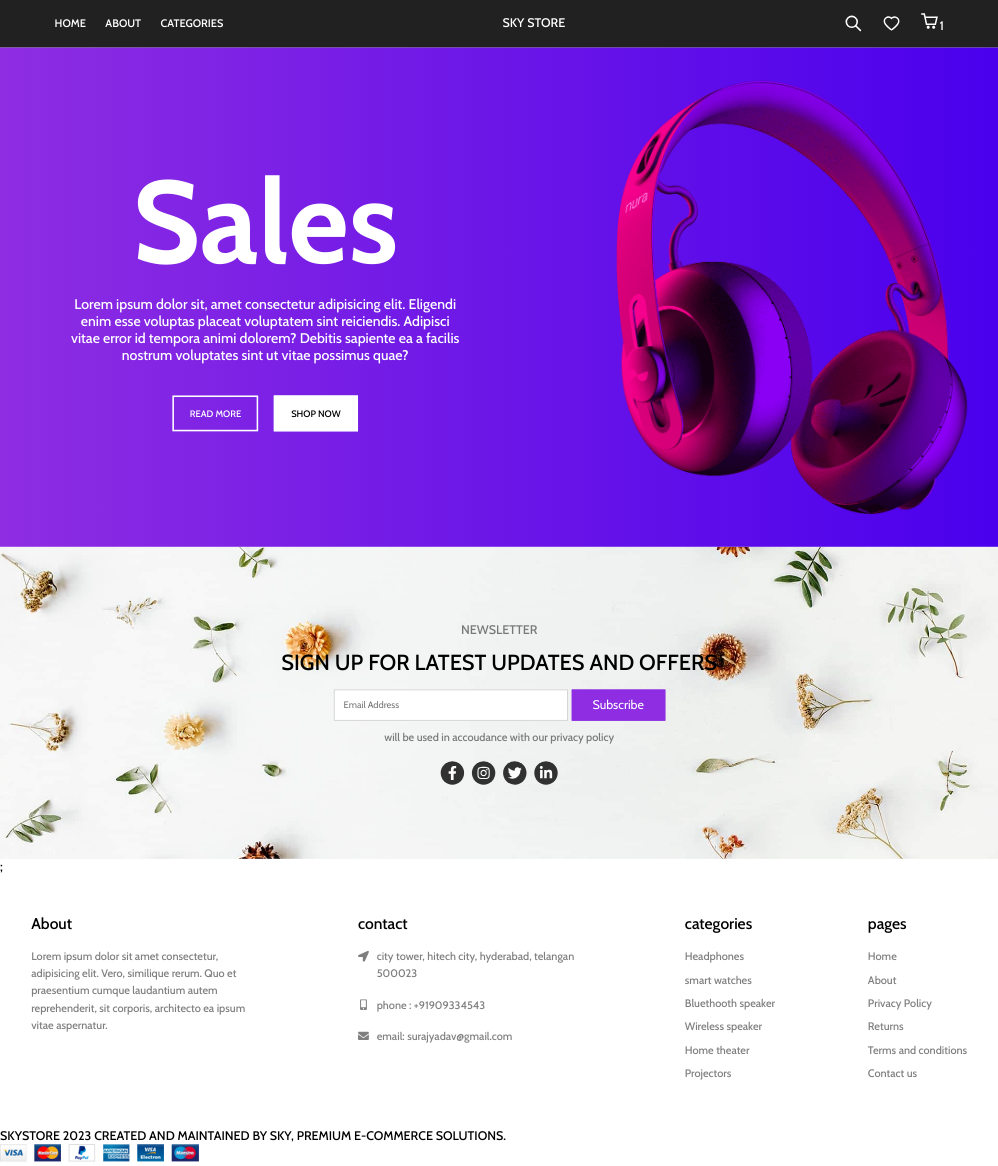
Repository: suraj-yadav7/ecommerce
Page: /
The author's editor kept a copy of each file at every save. The page is drawn from the files as they stood at one save, then again after the next save.
The browser window is 1280 px wide. The pictures show the whole page, at 78% of full size.
The project was rebuilt for these pictures with package versions that can differ from the ones it lists, and the page was loaded fresh each time. Also part of the build but not shown: src/components/Home/Home.scss, src/components/Category/Category.scss, src/components/Category/Category.jsx, src/components/SingleProduct/SingleProduct.scss, src/components/SingleProduct/SingleProduct.jsx, src/App.scss, src/components/Header/Search/Search.scss, src/components/Header/Search/Search.jsx and 2 more.

Above is the page before, as saved 2023-06-19 11:14:25.

### src/index.jsx
import React from 'react';
import ReactDOM from 'react-dom/client';
import './index.scss';
import App from './App';
import { Provider } from 'react-redux';
import store from './store/store';

const root = ReactDOM.createRoot(document.getElementById('root'));
root.render(
<Provider store={store}>
    <App />
</Provider>
);

### src/App.jsx
import React from 'react';
import { BrowserRouter as Router, Routes, Route } from 'react-router-dom';
import Home from "./components/Home/Home"
import Category from "./components/Category/Category"
import SingleProduct from "./components/SingleProduct/SingleProduct"
import './App.scss';
import Header from './components/Header/Header';
import Footer from './components/Footer/Footer';
import Newsletter from './components/Footer/Newsletter/Newsletter';

function App() {
  return (
   <>
   <Router>
    <Header/>
    <Routes>
        <Route exact path="/" element={<Home/>} />
        <Route exact path="/category/:id" element={<Category/>} />
        <Route exact path="/product/:id" element={<SingleProduct/>} />
    </Routes>
    <Newsletter/>
    <Footer />
   </Router>
   </>
  );
}

export default App;

### src/store/store.jsx
import { configureStore } from "@reduxjs/toolkit";
import productSlice from "./slices/productSlice";


const store = configureStore({
    reducer:{
        product:productSlice
    }
})

export default store;

### src/components/Home/Home.jsx
import { useDispatch, useSelector } from "react-redux";
import "./Home.scss";
import { addElement } from "../../store/slices/productSlice";
import Banner from "./Banner/Banner";


const Home = () => {
    const dispatch = useDispatch()
    const data = useSelector((state)=> state.product.data)
    return(
     <>
        <div className="home">
            <Banner />
        </div>
     </>

    )
};

export default Home;

### src/components/Header/Header.jsx
import "./Header.scss";
import Search from "./Search/Search"
import Cart from "../Cart/Cart"
import { TbSearch } from "react-icons/tb"
import { CgShoppingCart } from "react-icons/cg"
import { AiOutlineHeart } from "react-icons/ai"
import "./Header.scss"
import { useEffect, useState } from "react";

const Header = () => {
    const [scrollVal, setScrollVal] = useState(false)
    const handleScroll = ()=>{
        const offset = window.scrollY;
        console.log(offset)
        if(offset > 200){
            setScrollVal(true)
        }
        else{
            setScrollVal(false)
        }
    }
    useEffect(()=>{
        window.addEventListener("scroll", handleScroll)
    },[])

    return (
        <>
            <header className={`main-header ${scrollVal? "sticky-header":""}`}>
                <div className="header-content">
                    <ul className="left" >
                        <li>Home</li>
                        <li>About</li>
                        <li>Categories</li>
                    </ul>
                    <div className="center"> SKY STORE</div>
                    <div className="right">
                        <TbSearch />
                        <AiOutlineHeart />
                        <span className="cart-icon">
                            <CgShoppingCart />1
                        </span>
                    </div>
                </div >
            </header >
        </>
    )
};

export default Header;

### src/components/Footer/Footer.jsx
import React from "react";
import "./Footer.scss";
import { FaLocationArrow, FaMobileAlt, FaEnvelope } from "react-icons/fa";
import Payment from "../../assets/payments.png";
const Footer = () => {
    return (
        <footer className="footer">
            <div className="footer-content">
                <div className="col">
                    <div className="title" > About</div>
                    <div className="text">Lorem ipsum dolor sit amet consectetur, adipisicing elit. Vero, similique rerum. Quo et praesentium cumque laudantium autem reprehenderit, sit corporis, architecto ea ipsum vitae aspernatur. </div>
                </div>
                <div className="col">
                    <div className="title" > contact</div>
                    <div className="c-item">
                        <FaLocationArrow />
                        <div className="text">city tower, hitech city, hyderabad, telangan 500023</div>
                    </div>
                    <div className="c-item">
                        <FaMobileAlt />
                        <div className="text">phone : +91909334543</div>
                    </div>
                    <div className="c-item">
                        <FaEnvelope />
                        <div className="text">email: surajyadav@gmail.com</div>
                    </div>

                </div>
                <div className="col">
                    <div className="title" > categories</div>
                    <div className="text">Headphones</div>
                    <div className="text">smart watches</div>
                    <div className="text">Bluethooth speaker</div>
                    <div className="text">Wireless speaker</div>
                    <div className="text">Home theater</div>
                    <div className="text">Projectors</div>
                </div>
                <div className="col">
                    <div className="title" > pages</div>
                    <div className="text">Home</div>
                    <div className="text">About</div>
                    <div className="text">Privacy Policy</div>
                    <div className="text">Returns</div>
                    <div className="text">Terms and conditions</div>
                    <div className="text">Contact us</div>
                </div>
            </div>
            <div className="bottom-bar">
                <div className="bottom-bar-content">
                    <div className="text">
                        SKYSTORE 2023 CREATED AND MAINTAINED BY SKY, PREMIUM E-COMMERCE SOLUTIONS.
                    </div>
                    <img src={Payment} alt="payment-options"/>
                </div>
            </div>
        </footer>
    )
};
export default Footer;

### src/components/Footer/Newsletter/Newsletter.jsx
import React from "react";
import {
    FaFacebookF,
    FaTwitter,
    FaInstagram,
    FaLinkedinIn,
} from "react-icons/fa";
import "./Newsletter.scss"

const Newsletter = () => {
    return (
    <>
        <div className="newsletter-section">
            <div className="newsletter-content">
                <span className="small-text" >Newsletter</span>
                <span className="big-text"> Sign up for latest updates and offers</span>
                <div className="form">
                    <input type="text" placeholder="Email Address" />
                    <button className="btn-sub">Subscribe</button>
                </div>
                <div className="text">will be used in accoudance with our privacy policy </div>
                <div className="social-icons">
                    <div className="icon">
                        <FaFacebookF size={18} />
                    </div>
                    <div className="icon">
                        <FaInstagram size={18} />
                    </div>
                    <div className="icon">
                        <FaTwitter size={18} />
                    </div>
                    <div className="icon">
                        <FaLinkedinIn size={18} />
                    </div>

                </div>
            </div>
        </div>;
    </>
    )
};
export default Newsletter;

### src/store/slices/productSlice.jsx
import { createSlice } from "@reduxjs/toolkit";

const productSlice = createSlice({
    name:"productSlice",
    initialState:{
        data:["lg", "sansung", "onida"],
        loading:false,
        error:null
    },

    reducers:{
        addElement:(state, action)=>{
            state.data.push(action.payload)
        },

    },

    extraReducers:{

    }


})

export default productSlice.reducer

export const {addElement}= productSlice.actions;

### src/components/Home/Banner/Banner.jsx
import "./Banner.scss";
import BannerImg from '../../../assets/banner-img.png'
const Banner = () => {
    return(
        <>
        <div className="hero-banner">
            <div className="content">
                <div className="text-content">
                    <h1>Sales</h1>
                    <p>Lorem ipsum dolor sit, amet consectetur adipisicing elit. Eligendi enim esse voluptas placeat voluptatem sint reiciendis. Adipisci vitae error id tempora animi dolorem? Debitis sapiente ea a facilis nostrum voluptates sint ut vitae possimus quae?</p>
                    <div className="ctas">
                        <div className="banner-cta">Read More</div>
                        <div className="banner-cta v2">Shop now</div>
                    </div>
                </div>
                <img src={BannerImg}className="banner-img" alt="banner-img"></img>
            </div>

        </div>

        </>
)
};

export default Banner;

### src/components/Header/Header.scss
@import "../../css-config/mixins.scss";

.main-header {
    width: 100%;
    padding: 0 20px;
    background-color: #212121;
    color: white;
    border-bottom: 1px solid rgba(0, 0, 0, 0.1);
    z-index: 99;
    @include md {
        padding: 0 40px;
    }

    .header-content {
        display: flex;
        justify-content: space-between;
        align-items: center;
        height: 50px;
        max-width: 95%;
        margin: 0 auto;

        @include md {
            height: 60px;
        }

        .left {
            list-style-type: none;
            display: none;
            gap: 25px;

            @include md {
                display: flex;
            }

            li {
                font-size: 14px;
                font-weight: 600;
                text-transform: uppercase;
                cursor: pointer;
            }
        }

        •center {
            font-size: 22px;
            font-weight: 700;
            cursor: pointer;

            @include md {
                font-size: 33px;
                position: absolute;
                left: 50%;
                transform: translateX(-50%);
            }
        }

        .right {
            display: flex;
            align-items: center;
            gap: 20px;

            @include md {
                gap: 25px;
            }

            svg {
                font-size: 20px;
                cursor: pointer;

                @include md {
                    font-size: 24px;
                }
            }

            .cart-icon {
                position: relative;

                span {
                    min-width: 20px;
                    text-align: center;
                    background-color: #8e2de2;
                    padding: 2.5px;
                    position: absolute;
                    top: -5px;
                    right: -12px;
                    font-size: 12px;
                    line-height: 1;
                    border-radius: 10px;

                }
            }
        }

    }

    &.sticky-header{
        position: sticky;
        top:0;
        transform: translateY(-60);
        animation: stickyHeader 0.3s ease forwards;
    }
}

@keyframes stickyHeader{
    0%{
        transform: translateY(-60px);
    }
    100%{
        transform: translateY(0);
    }
}

### src/components/Footer/Footer.scss
@import "../../css-config/mixins.scss";

.footer {
    width: 100%;
    .footer-content {
        padding: 50px 20px;
        max-width: 1200px;
        margin: 0 auto;
        display: flex;
        flex-flow: wrap;
        gap: 20px;
        @include md {
            justify-content: space-between;
            padding: 50px 0;
        }
        .col {
            max-width: 300px;
            .title {
                margin-bottom: 20px;
                font-size: 20px;
            }
            .text{
                color: rgb(0,0,0,0.5);
                font-size: 14px;
                margin-bottom: 8px;
            }
            .c-item{
                display: flex;
                margin-bottom: 10px;
                svg{
                    flex-shrink: 0;
                    font-size: 14px;
                    margin-right: 10px;
                    margin-top: 4px;
                    color: rgb(0,0,0,0.5);

                }
            }
        }
    }
}

### src/components/Footer/Newsletter/Newsletter.scss
@import "../../../css-config/mixins.scss";

.newsletter-section {
    width: 100%;
    height: 400px;
    display: flex;
    align-items: center;
    background: #f9f9f9 url("../../../assets/newsletter-bg.jpeg");
    background-position: center;
    background-repeat: no-repeat;
    background-size: cover;

    .newsletter-content {
        width: fit-content;
        display: flex;
        flex-direction: column;
        align-items: center;
        margin: 0 auto;
        text-align: center;

        .small-text {
            margin-bottom: 15px;
            text-transform: uppercase;
            color: rgba(0, 0, 0, 0.5);
        }

        .big-text {
            margin-bottom: 20px;
            font-size: 22px;
            line-height: 30px;
            font-weight: 500;
            text-transform: uppercase;
            padding: 0 30px;

            @include md {
                font-size: 28px;
            }
        }

        .form {
            display: flex;
            gap: 05px;
            margin-bottom: 10px;

            .btn-sub {
                outline: 0;
                border: 0;
                height: 40px;
                width: 100px;
                display: flex;
                align-items: center;
                justify-content: center;
                cursor: pointer;
                font-size: 16px;
                color: white;
                background-color: #8e2de2;
                border: 3px solid #8e2de2;

                @include md {
                    width: 120px;
                }
            }

            input {
                width: 200px;
                height: 40px;
                border-radius: 0;
                border: 1px solid rgba(0, 0, 0, 0.2);
                padding: 0 12px;
                font-size: 12px;
                outline: none;

                @include md {
                    width: 300px;
                }

            }


        }

        .text {
            margin-bottom: 20px;
            font-size: 14px;
            color: rgb(0, 0, 0, 0.5);
        }

        .social-icons {
            display: flex;
            gap: 10px;
            .icon {
                width: 30px;
                height: 30px;
                background-color: rgba(0, 0, 0, 0.8);
                border-radius: 50%;
                color: white;
                display: flex;
                justify-content: center;
                align-items: center;
            }
        }

        }
    }

### src/components/Home/Banner/Banner.scss
@import "../../../css-config/mixins.scss";

.hero-banner {
    padding: 40px 0;
    position: relative;
    background-image: linear-gradient(to right, #8e2de2, #4a00ed);
    @include md {
    height: calc(100vh - 80px) ;
    }
    .content{
    height: 100%;
    display: flex;
    justify-content: flex-end;
    align-items: center;
    flex-direction: column-reverse;
    max-width: calc(100% - 20px);
    margin: 0 auto;
    position: relative;
    @include md {
    flex-direction: row;
    max-width: 1200px;
    }
    .banner-img {
        position: relative;
        z-index: 9;
        width: 200px;
        margin-bottom: 20px;
        @include md{
            width: 450px;
            margin-right: 0px;
            margin-top: 0px;
            margin-bottom: 0;
        }
        @include xxl {
        width: 600px;
        margin-right: 0;
        margin-top: 0;
    }
    }
    .text-content {
        color: white;
        text-align: center;
        display: flex;
        flex-direction: column;
        align-items: center;
        @include md {
        position: absolute;
        left: 50px;
        top: 50%;
        transform: translateY(-50%) ;
        }
        @include xxl {
        left: 0;
        }
        h1{
            font-size: 80px;
            font-weight: 700;
            line-height: 1;
            margin-bottom: 20px;
            @include md{
                font-size: 150px;
            }
        }

        p{
            max-width: 300px;
            font-size: 14px;
            list-style: 20px;
            margin-bottom: 20px;
            @include md{
                max-width: 500px;
                font-size: 18px;
                line-height: 22px;
                margin-bottom: 40px;
            }
        }
        .ctas{
            display: flex;
            justify-content: center;
            gap: 20px;
            .banner-cta{
                text-transform: uppercase;
                font-size: 12px;
                font-weight: 500;
                width: fit-content;
                border: 2px solid white;
                padding: 10px 20px;
                cursor: pointer;
                &.v2{
                    background-color: white;
                    color: black;

                }
                &:hover{
                    opacity: 0.6;
                }
            }
        }
     }
    }
 }

Loaded but not shown: public/index.html (common file); src/index.scss (common file); src/css-config/mixins.scss (common file)

After the next save:
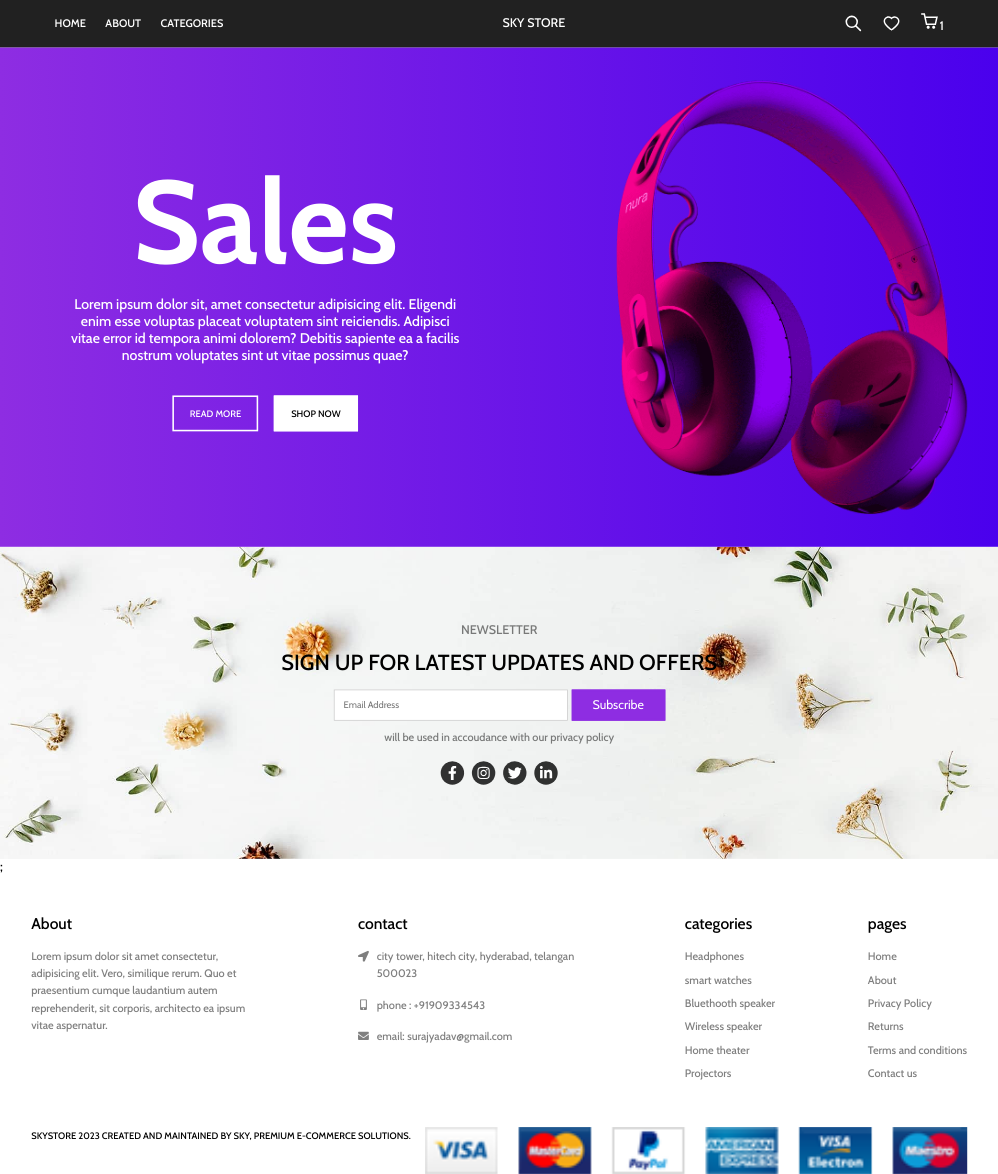
Saved 4 min 56 s later.
--- a/src/components/Footer/Footer.scss
+++ b/src/components/Footer/Footer.scss
@@ -2,6 +2,7 @@
 
 .footer {
     width: 100%;
+
     .footer-content {
         padding: 50px 20px;
         max-width: 1200px;
@@ -9,33 +10,64 @@
         display: flex;
         flex-flow: wrap;
         gap: 20px;
+
         @include md {
             justify-content: space-between;
             padding: 50px 0;
         }
+
         .col {
             max-width: 300px;
+
             .title {
                 margin-bottom: 20px;
                 font-size: 20px;
             }
-            .text{
-                color: rgb(0,0,0,0.5);
+
+            .text {
+                color: rgb(0, 0, 0, 0.5);
                 font-size: 14px;
                 margin-bottom: 8px;
             }
-            .c-item{
+
+            .c-item {
                 display: flex;
                 margin-bottom: 10px;
-                svg{
+
+                svg {
                     flex-shrink: 0;
                     font-size: 14px;
                     margin-right: 10px;
                     margin-top: 4px;
-                    color: rgb(0,0,0,0.5);
+                    color: rgb(0, 0, 0, 0.5);
 
                 }
             }
         }
     }
+
+    .bottom-bar {
+        border-top: 1px solid Orgba(0, 0, 0, 0.1);
+        .bottom-bar-content {
+            padding: 20px;
+            display: flex;
+            align-content: center;
+            flex-direction: column;
+            text-align: center;
+            gap: 10px;
+            @include md {
+                padding: 0;
+                height: 60px;
+                max-width: 1200px;
+                margin: 0 auto;
+                flex-direction: row;
+                justify-content: space-between;
+                text-align: left;
+            }
+            .text {
+                font-size: 12px;
+                color: Orgba (0, 0, 0, 0.5);
+            }
+        }
+    }
 }
